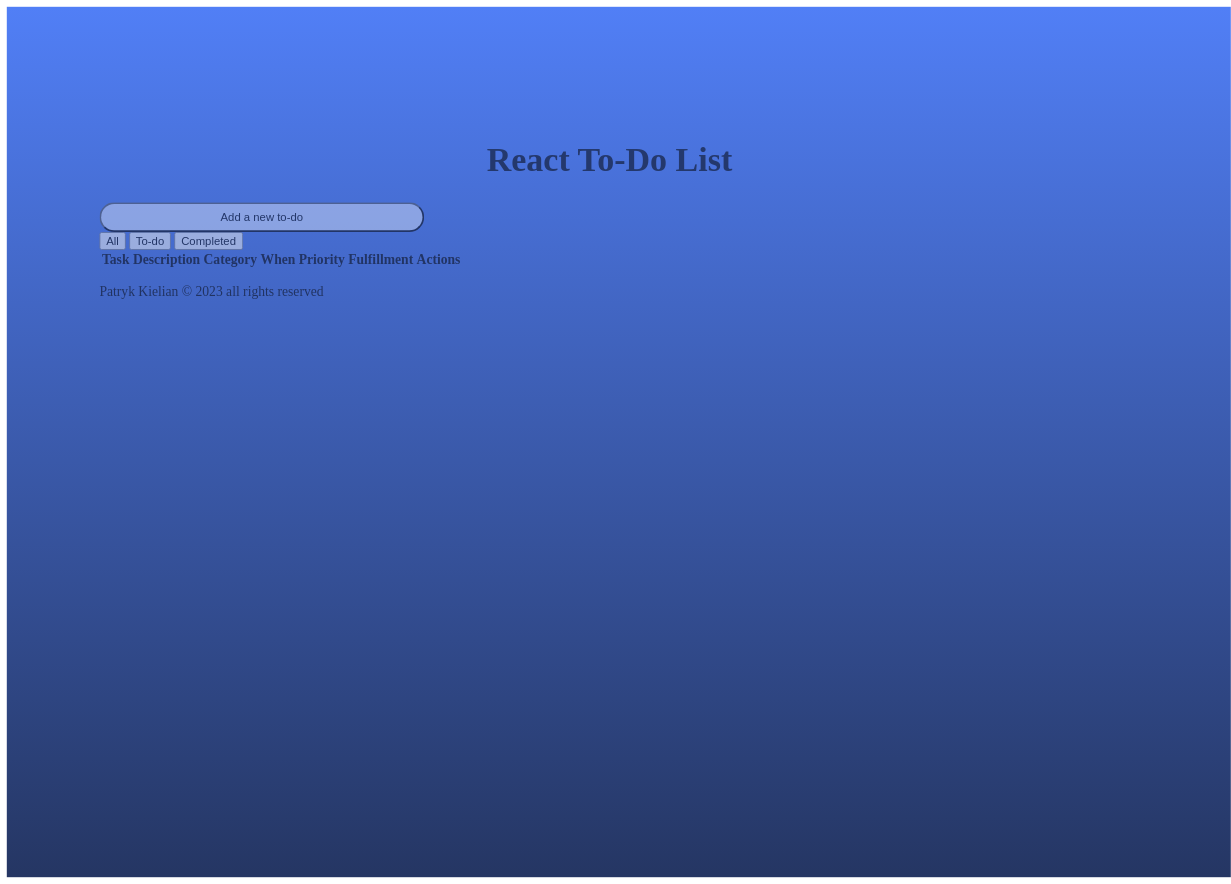
Repository: mirajane2/maquette-todo
Page: index.html
The author's editor kept a copy of each file at every save. The page is drawn from the files as they stood at one save, then again after the next save.
The browser window is 1280 px wide. The page is 1448 px wide, so the pictures cover 1448 px, including what lies to the right of the window. The pictures show the whole page, at 85% of full size.

Above is the page before, as saved 2024-11-13 09:48:16.

After the next save:
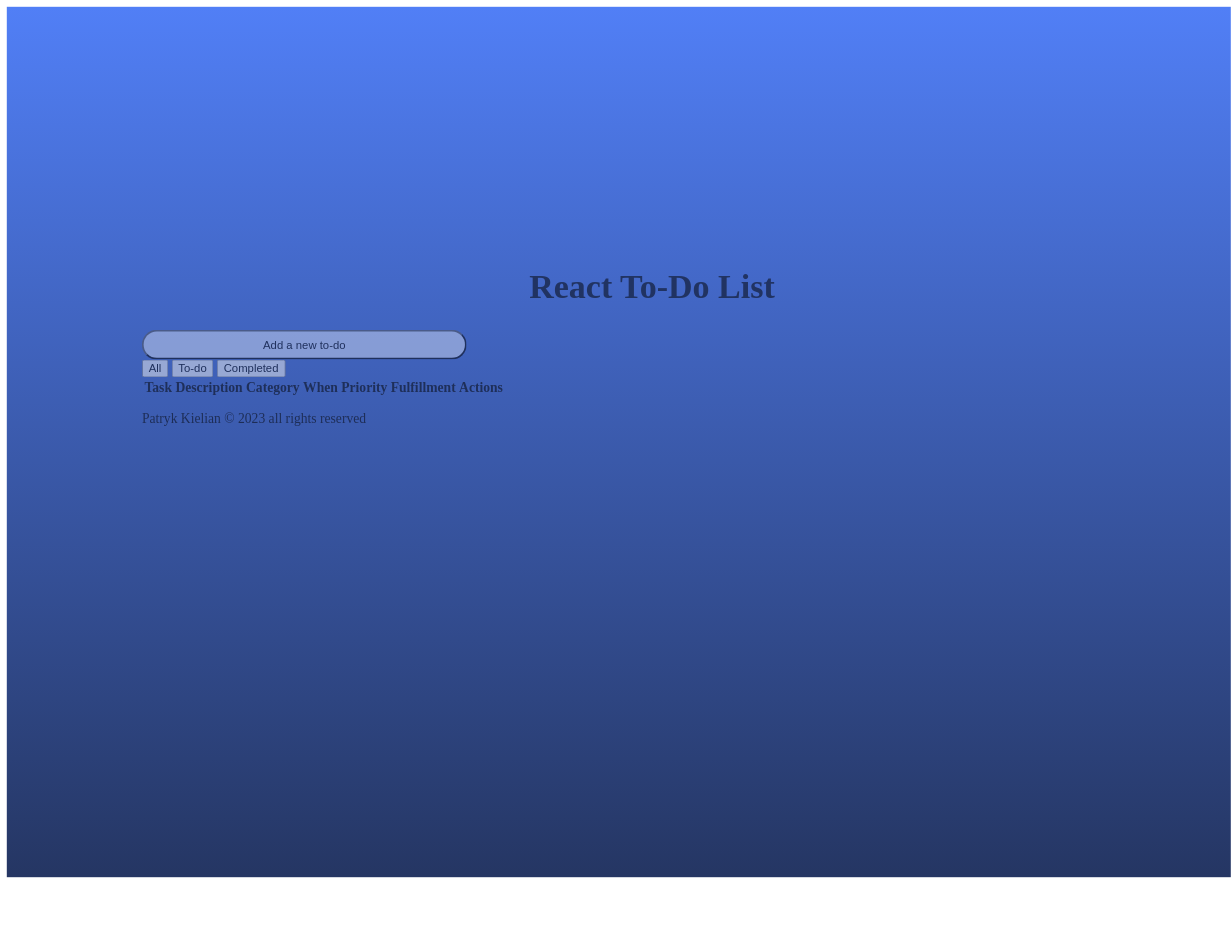
Saved 81 s later.
--- a/index.css
+++ b/index.css
@@ -10,9 +10,11 @@
     top: 137px;
     border-radius: 30px;
     opacity: 0.5;
-    background-color: var(#FFFB);
     width: 1200px;
     height: 770px;
+    background-color: var(--white50);
+    margin: 100px auto;
+    padding: 50px;
 }
 
 .titre {
